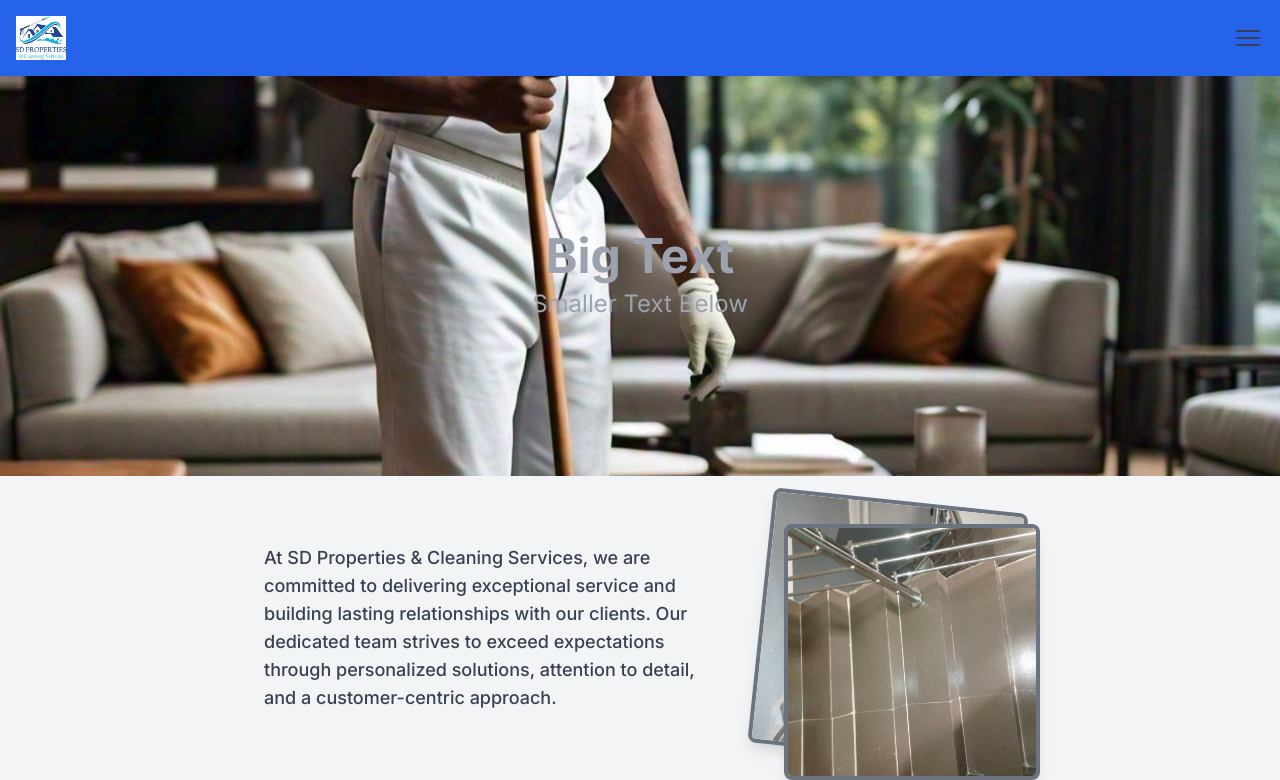
Repository: devmskhan/sdpropandclean
Page: /
An editor plug-in stored every save of this project. The page is shown before and after the next save, followed by the edit.
The browser window is 1280 px wide. The pictures show the whole page.
The project was rebuilt for these pictures with package versions that can differ from the ones it lists, and the page was loaded fresh each time. The framework's server and built-in components were replaced by stand-ins that run in the browser. Also part of the build but not shown: next.config.mjs.

Above is the page before, as saved 2024-09-03 11:56:58.

### app/layout.tsx
import type { Metadata } from "next";
import { Inter } from "next/font/google";
import "./globals.css";

const inter = Inter({ subsets: ["latin"] });

export const metadata: Metadata = {
  title: "SD Properties & Cleaning",
  description: "Provision of Houses and Cleanliness of Homes is our apex goal",
};

export default function RootLayout({
  children,
}: Readonly<{
  children: React.ReactNode;
}>) {
  return (
    <html lang="en">
      <body className={inter.className}>{children}</body>
    </html>
  );
}

### app/page.tsx
import Header from '../components/Header';
import Body from '../components/Body';

export default function Home() {
  return (
    <main className="min-h-screen bg-gray-200">
      <Header />
      <Body />
    </main>
  );
}

### components/Header.tsx
import Image from "next/image";
import { Bars3Icon } from '@heroicons/react/24/solid'


function Header() {
    return (
        <header className="sticky top-0 flex justify-between items-center p-4 bg-blue-600 shadow-md">
      {/* Logo on the top left */}
      <div className="flex items-center">
        <Image
          src="/sdlogo.jpg"
          alt="Logo"
          width={50}
          height={50}
          className="cursor-pointer"
        />
      </div>

      {/* Triple line (hamburger) icon on the top right */}
      <div className="cursor-pointer">
        <Bars3Icon className="h-8 w-8 text-gray-700" />
      </div>
    </header>
    )
}

export default Header;

### components/Body.tsx



function Body() {
    return (
        <div>
            <div className="relative w-full h-[400px] bg-cover bg-center text-gray-400"
         style={{ backgroundImage: 'url("/pic1.jpg")' }}>
      <div className="absolute inset-0 flex flex-col justify-center items-center text-center">
        {/* Larger Text */}
        <h1 className="text-5xl font-bold mb-2">
          Big Text
        </h1>
        {/* Smaller Text */}
        <p className="text-2xl">
          Smaller Text Below
        </p>
      </div>
    </div>

    <div>

    </div>

      <div className="flex items-center justify-center p-6 bg-gray-100">
  <div className="max-w-md text-left mr-12"> {/* Increased margin-right for larger space */}
    <p className="text-lg font-medium text-gray-700">
      At SD Properties & Cleaning Services, we are committed to delivering exceptional service and building lasting relationships with our clients. Our dedicated team strives to exceed expectations through personalized solutions, attention to detail, and a customer-centric approach.
    </p>
  </div>
  <div className="relative">
    <img
      src="stairsb.jpg"
      alt="Top Image"
      className="w-64 h-64 rounded-lg shadow-lg border-gray-500 border-solid border-4 transform rotate-6"
      style={{ zIndex: 10 }} // Adds a bit of depth to the rotation
    />
    <img
      src="stairsaft.jpg"
      alt="Bottom Image"
      className="absolute bottom-0 left-0 w-64 h-64 rounded-lg shadow-lg border-gray-500 border-solid border-4 transform translate-x-6 translate-y-6"
    />
  </div>
</div>


        </div>


    )
}

export default Body;

Loaded but not shown: app/globals.css (common file); tailwind.config.ts (common file)

After the next save:
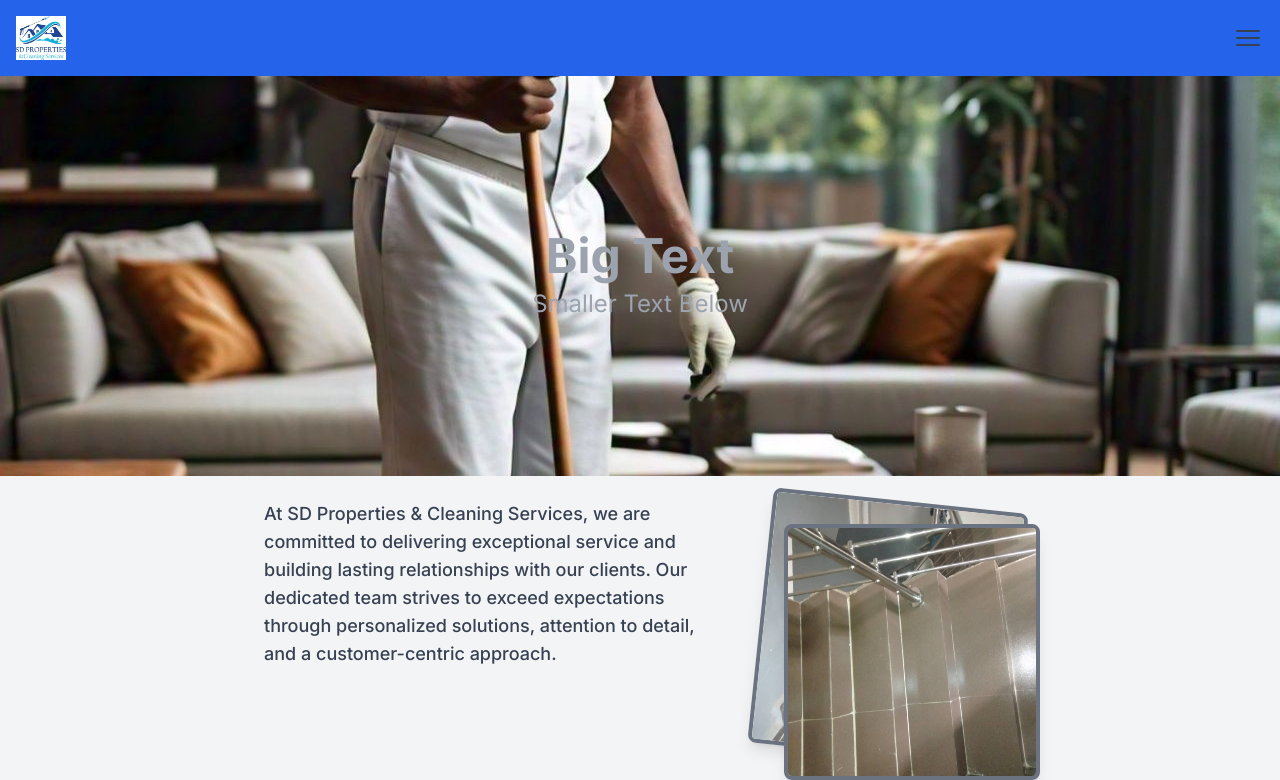
Saved 17 min 7 s later.
--- a/components/Body.tsx
+++ b/components/Body.tsx
@@ -22,7 +22,7 @@ function Body() {
 
     </div>
 
-      <div className="flex items-center justify-center p-6 bg-gray-100">
+      <div className="flex  justify-center p-6 bg-gray-100">
   <div className="max-w-md text-left mr-12"> {/* Increased margin-right for larger space */}
     <p className="text-lg font-medium text-gray-700">
       At SD Properties & Cleaning Services, we are committed to delivering exceptional service and building lasting relationships with our clients. Our dedicated team strives to exceed expectations through personalized solutions, attention to detail, and a customer-centric approach.
